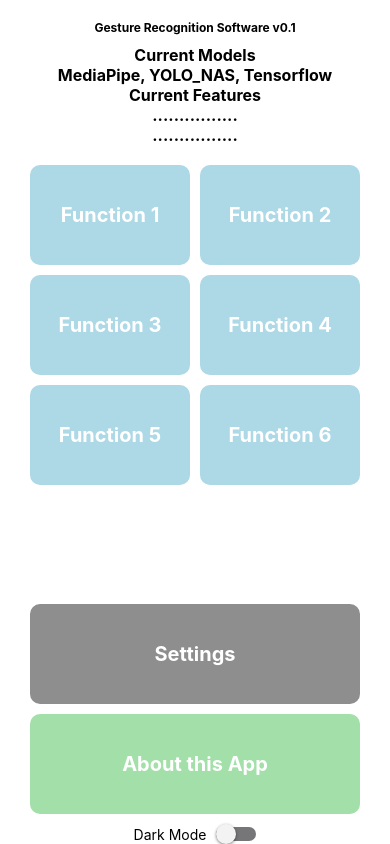
Repository: hajin-park/V-QUIP
Page: / (app in frontend/react-native-app/)
An editor plug-in stored every save of this project. The page is shown before and after the next save, followed by the edit.
The browser window is 390 px wide. The pictures show the whole page.
The app was drawn by React Native's web renderer in a window 390 px wide. The project was rebuilt for these pictures with package versions that can differ from the ones it lists, and the page was loaded fresh each time.

Above is the page before, as saved 2024-04-08 00:13:36.

### frontend/react-native-app/App.js
import React, { useState } from 'react';
import { StatusBar } from 'expo-status-bar';
import { StyleSheet, Text, View, TouchableOpacity, Switch } from 'react-native';

export default function App() {
  const [darkMode, setDarkMode] = useState(false);

  const handleOptionClick = (option) => {
    // Handle click event for the selected option
    console.log(`Function ${option} clicked`);
  };

  return (
    <View style={[styles.container, darkMode && styles.darkContainer]}>
      <Text style={[styles.title, darkMode && styles.darkText]}>Gesture Recognition Software v0.1</Text>
      <View style={styles.infoBox}>
        <Text style={[styles.infoText, darkMode && styles.darkText]}>Current Models</Text>
        <Text style={[styles.infoText, darkMode && styles.darkText]}>MediaPipe, YOLO_NAS, Tensorflow</Text>
        <Text style={[styles.infoText, darkMode && styles.darkText]}>Current Features</Text>
        <Text style={[styles.infoText, darkMode && styles.darkText]}>................</Text>
        <Text style={[styles.infoText, darkMode && styles.darkText]}>................</Text>
      </View>
      <View style={styles.content}>
        <View style={styles.row}>
          <TouchableOpacity style={[styles.box, darkMode && styles.darkBox]} onPress={() => handleOptionClick(1)}>
            <Text style={[styles.text, darkMode && styles.darkText]}>Function 1</Text>
          </TouchableOpacity>
          <TouchableOpacity style={[styles.box, darkMode && styles.darkBox]} onPress={() => handleOptionClick(2)}>
            <Text style={[styles.text, darkMode && styles.darkText]}>Function 2</Text>
          </TouchableOpacity>
        </View>
        <View style={styles.row}>
          <TouchableOpacity style={[styles.box, darkMode && styles.darkBox]} onPress={() => handleOptionClick(3)}>
            <Text style={[styles.text, darkMode && styles.darkText]}>Function 3</Text>
          </TouchableOpacity>
          <TouchableOpacity style={[styles.box, darkMode && styles.darkBox]} onPress={() => handleOptionClick(4)}>
            <Text style={[styles.text, darkMode && styles.darkText]}>Function 4</Text>
          </TouchableOpacity>
        </View>
        <View style={styles.row}>
          <TouchableOpacity style={[styles.box, darkMode && styles.darkBox]} onPress={() => handleOptionClick(5)}>
            <Text style={[styles.text, darkMode && styles.darkText]}>Function 5</Text>
          </TouchableOpacity>
          <TouchableOpacity style={[styles.box, darkMode && styles.darkBox]} onPress={() => handleOptionClick(6)}>
            <Text style={[styles.text, darkMode && styles.darkText]}>Function 6</Text>
          </TouchableOpacity>
        </View>
      </View>
      {/* Settings and About This App boxes */}
      <View style={styles.row}>
          <TouchableOpacity style={[styles.box2, darkMode && styles.darkBox]} onPress={() => handleOptionClick(5)}>
            <Text style={[styles.text, darkMode && styles.darkText]}>Settings</Text>
          </TouchableOpacity>
      </View>
      <View style={styles.row}>
          <TouchableOpacity style={[styles.box3, darkMode && styles.darkBox]} onPress={() => handleOptionClick(6)}>
            <Text style={[styles.text, darkMode && styles.darkText]}>About this App</Text>
          </TouchableOpacity>
        </View>
      <View style={styles.darkModeSwitchContainer}>
        <Text style={[styles.darkModeText, darkMode && styles.darkText]}>Dark Mode</Text>
        <Switch
          trackColor={{ false: "#767577", true: "#81b0ff" }}
          thumbColor={darkMode ? "#f5dd4b" : "#f4f3f4"}
          ios_backgroundColor="#3e3e3e"
          onValueChange={() => setDarkMode(!darkMode)}
          value={darkMode}
        />
      </View>
      <StatusBar style="auto" />
    </View>
  );
}

const styles = StyleSheet.create({
  container: {
    flex: 1,
    backgroundColor: '#fff',
    paddingHorizontal: 10,
    paddingTop: 20,
  },
  darkContainer: {
    backgroundColor: '#121212',
  },
  title: {
    fontSize: 12,
    fontWeight: 'bold',
    marginBottom: 10,
    textAlign: 'center',
  },
  darkText: {
    color: '#ffffff',
  },
  infoBox: {
    alignItems: 'center',
    marginBottom: 20,
  },
  infoText: {
    fontSize: 16,
    fontWeight: 'bold',
    color: '#000000',
  },
  content: {
    flex: 1,
    alignItems: 'center',
  },
  row: {
    flexDirection: 'row',
    justifyContent: 'center',
    marginBottom: 10,
  },
  box: {
    width: 160,
    height: 100,
    backgroundColor: '#ADD8E6', // Light blue color
    borderRadius: 10, // Rounded edges
    alignItems: 'center',
    justifyContent: 'center',
    marginHorizontal: 5,
  },
  box2: {
    width: 330,
    height: 100,
    backgroundColor: '#8e8e8e', // Light blue color
    borderRadius: 10, // Rounded edges
    alignItems: 'center',
    justifyContent: 'center',
    marginHorizontal: 10,
  },
  box3: {
    width: 330,
    height: 100,
    backgroundColor: '#A3DFA9', // Light blue color
    borderRadius: 10, // Rounded edges
    alignItems: 'center',
    justifyContent: 'center',
    marginHorizontal: 10,
  },
  text: {
    fontSize: 20,
    fontWeight: 'bold',
    color: '#FFFFFF', // White text color
  },
  darkBox: {
    backgroundColor: '#2d2d2d', // Dark gray color
  },
  horizontalContainer: {
    flexDirection: 'row',
    justifyContent: 'space-between',
    marginBottom: 10,
  },
  horizontalBox: {
    width: '70%',
    height: 80,
    backgroundColor: '#ADD8E6', // Light blue color
    borderRadius: 10, // Rounded edges
    alignItems: 'center',
    justifyContent: 'center',
  },
  darkModeSwitchContainer: {
    flexDirection: 'row',
    alignItems: 'center',
    justifyContent: 'center',
  },
  darkModeText: {
    marginRight: 10,
    color: '#000000',
  },
});

After the next save:
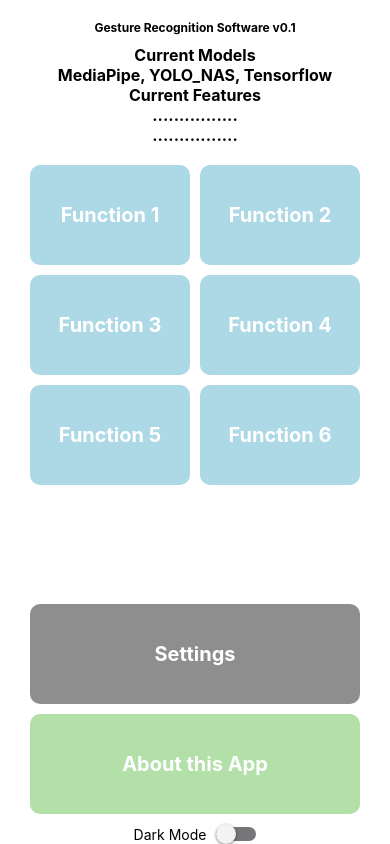
Saved 25 s later.
--- a/frontend/react-native-app/App.js
+++ b/frontend/react-native-app/App.js
@@ -130,7 +130,7 @@ const styles = StyleSheet.create({
   box3: {
     width: 330,
     height: 100,
-    backgroundColor: '#A3DFA9', // Light blue color
+    backgroundColor: '#B3DFA9', // Light blue color
     borderRadius: 10, // Rounded edges
     alignItems: 'center',
     justifyContent: 'center',
